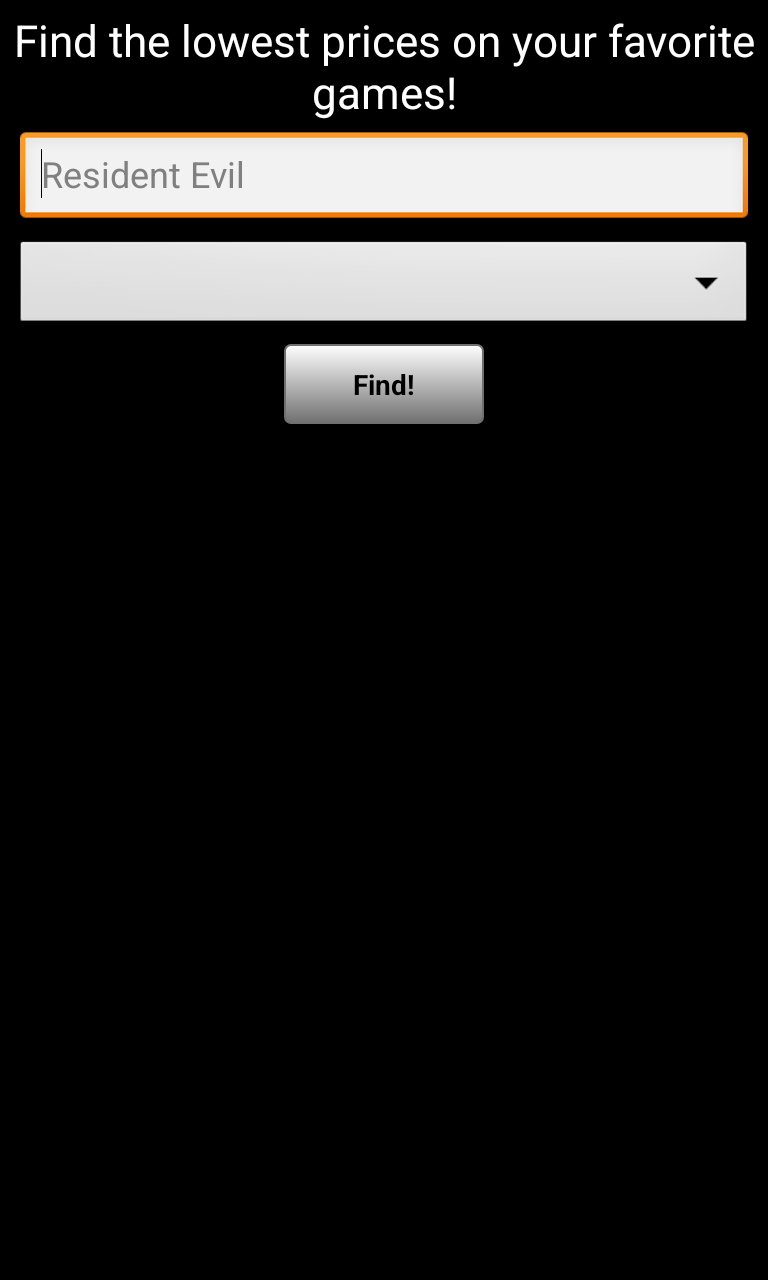
Repository: laurenelder/Java1-GameFinderApplication
Layout: GameFinder/res/layout/activity_main.xml
These files come from the project's save history. The layout is drawn as it stood at one moment and after the next save; the edit follows.
It is drawn on a 768 x 1280 px phone screen (xhdpi) without system bars, with theme android:Theme.Black; the app's code is not run. Lists and similar views that code fills are empty.

Above is the layout before, as saved 2014-06-26 18:57:56.

After the next save:
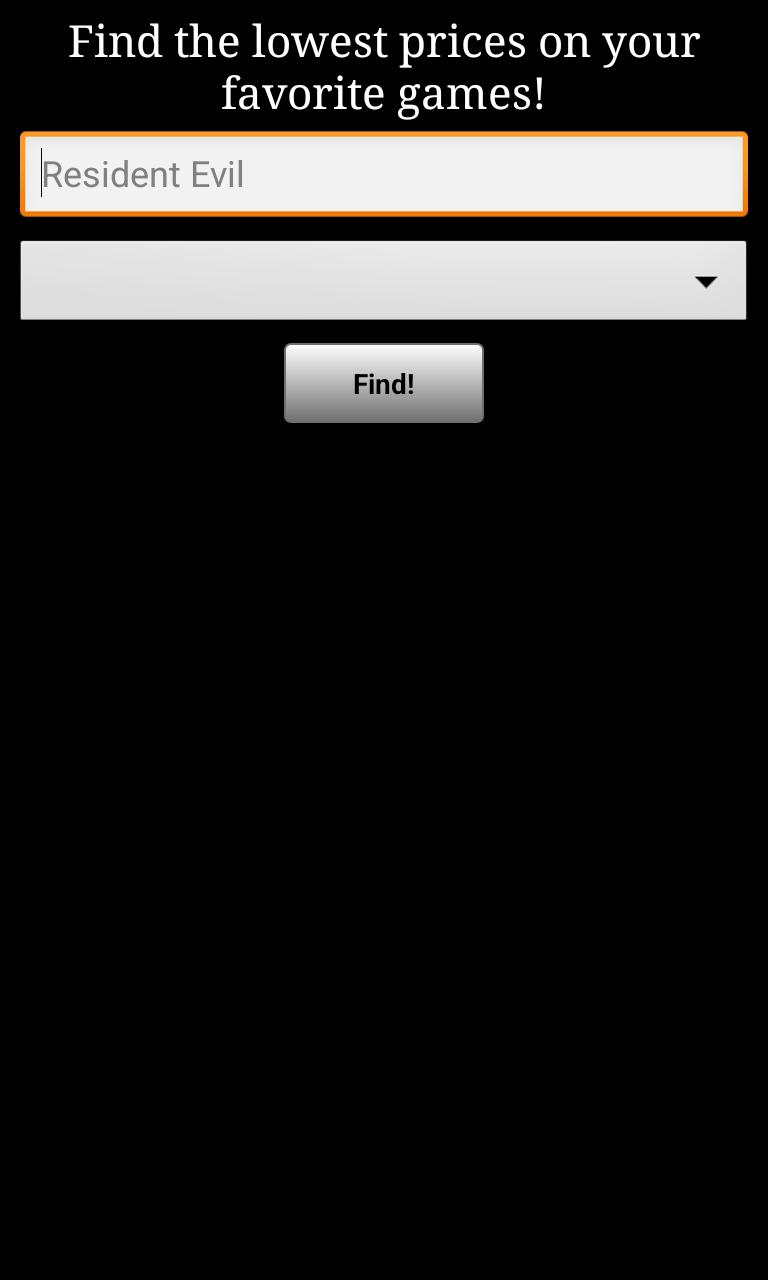
Saved 60 s later.
--- a/GameFinder/res/layout/activity_main.xml
+++ b/GameFinder/res/layout/activity_main.xml
@@ -22,7 +22,7 @@
         android:gravity="center"
         android:text="@string/title_string"
         android:textAppearance="?android:attr/textAppearanceLarge"
-        android:typeface="normal" />
+        android:typeface="serif" />
 
     <EditText
         android:id="@+id/gameInput"
